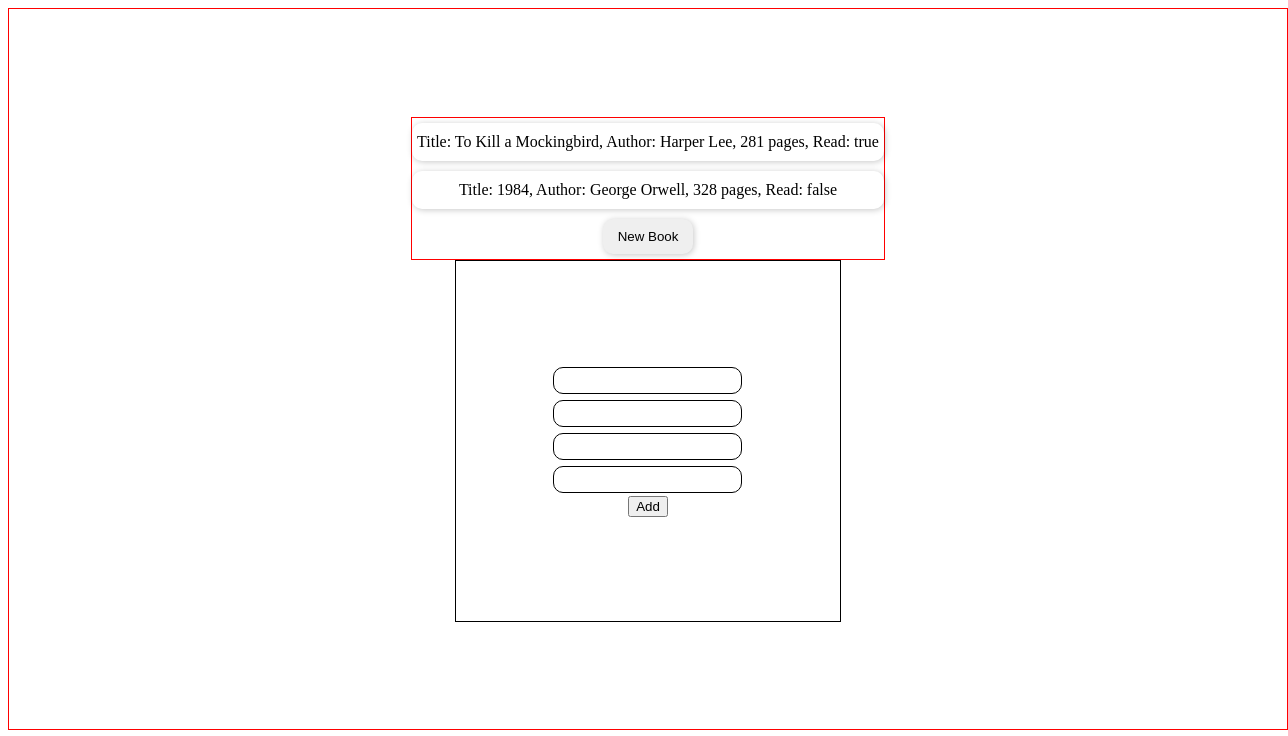
Repository: kocokoy/library
Page: index.html
These files come from the project's save history. The page is drawn as it stood at one moment and after the next save; the edit follows.
The browser window is 1280 px wide. The page is 1288 px wide, so the pictures cover 1288 px, including what lies to the right of the window. The pictures show the whole page.

Above is the page before, as saved 2024-11-06 09:15:38.

### index.html
<!DOCTYPE html>
<html lang="en">
<head>
  <meta charset="UTF-8">
  <meta name="viewport" content="width=device-width, initial-scale=1.0">
  <link rel="stylesheet" href="style.css">
  <title>Document</title>
</head>
<body>
  <div class="container">
    <div class="display-button-card">
      <div class="book-display jsBookDisplay">
      </div>
      <button class="new-book-button jsNewBookButton">New Book</button>
    </div>
    <div class="add-new-book-card">
      <div>
        <input class="jsBookTitle" type="text">
        <input class="jsBookAuthor" type="text">
        <input class="jsBookPages" type="text">
        <input class="jsBookRead" type="text">
        <button class="jsAddBook">Add</button>
      </div>
    </div>
  </div>
<script src="script.js"></script>
</body>
</html>

### style.css
body{
  width: 100%;
  height: 100vh;
}
.container{
  display: flex;
  flex-direction: column;
  justify-content: center;
  align-items: center;
  border: 1px solid red;
  height: 100%;
}
.display-button-card{
  border: 1px solid red;
  display: flex;
  flex-direction: column;
  justify-content: center;
  align-items: center;
}
.book-display{
  display: flex;
  flex-direction: column;
  justify-content: center;
  align-items: center;
}
.book-card{
  box-shadow: 1px 1px 6px  rgba(0, 0, 0, 0.219);
  padding: 10px 0px;
  border-radius: 10px;
  display: flex;
  flex-direction: row;
  justify-content: center;
  align-items: center;
  margin: 5px;
  width: 100%;
}

.new-book-button{

  padding: 10px;
  margin: 5px;
  border-radius: 10px;
  border: none;
  box-shadow: 1px 1px 6px  rgba(0, 0, 0, 0.219);
  width: 19%;
  cursor: pointer;
}

/* add book card */
.add-new-book-card {
  border: 1px solid black;
  height: 50%;
  width: 30%;
  display: flex;
  flex-direction: column;
  align-items: center;
  justify-content: center;
}

.add-new-book-card div{
  display: flex;
  flex-direction: column;
  align-items: center;
  justify-content: center;
}

input{
  padding: 5px;
  margin: 3px;
  border-radius: 10px;
  border: 1px solid black;
}

### script.js
const bookTitleElement = document.querySelector('.jsBookTitle');
const bookAuthorElement = document.querySelector('.jsBookAuthor');
const bookPagesElement = document.querySelector('.jsBookPages');
const bookReadElement = document.querySelector('.jsBookRead');
const bookButtonElement = document.querySelector('.jsNewBookButton');
const bookDisplayElement = document.querySelector('.jsBookDisplay');

const myLibrary = [
  {title: 'To Kill a Mockingbird', author: 'Harper Lee', pages: 281, read: true},
  {title: '1984', author: 'George Orwell', pages: 328, read: false},
];


displayBookToLibrary();

function Book(title,author,pages,read) {
  this.title = title;
  this.author = author;
  this.pages = pages;
  this.read = read;
  this.info = function(){
    const bookObj = {
      title: this.title,
      author: this.author,
      pages: this.pages,
      read: this.read,
    }
    return bookObj;
  };
}

function addBookToLibrary(title,author,pages,read) {
  const book = new Book(title,author,pages,read);
  myLibrary.push(book.info());
}

function displayBookToLibrary(){

  bookDisplayElement.innerHTML = '';

  myLibrary.forEach(book => {
    const div = document.createElement('div');
    div.classList.add('book-card');
    div.innerHTML = `
      <div>Title: ${book.title}, Author: ${book.author}, ${book.pages} pages, Read: ${book.read}</div>
    `
    bookDisplayElement.appendChild(div);
    console.log(book);
  })
}

bookButtonElement.addEventListener('click', () => {
  const bookTitleValue = bookTitleElement.value;
  const bookAuthorValue = bookAuthorElement.value;
  const bookPagesValue = bookPagesElement.value;
  const bookReadValue = bookReadElement.value;
  bookTitleElement.value = '';
  bookAuthorElement.value = '';
  bookPagesElement.value = '';
  bookReadElement.value = '';
  addBookToLibrary(bookTitleValue,bookAuthorValue,bookPagesValue,bookReadValue);
  displayBookToLibrary();
})

After the next save:
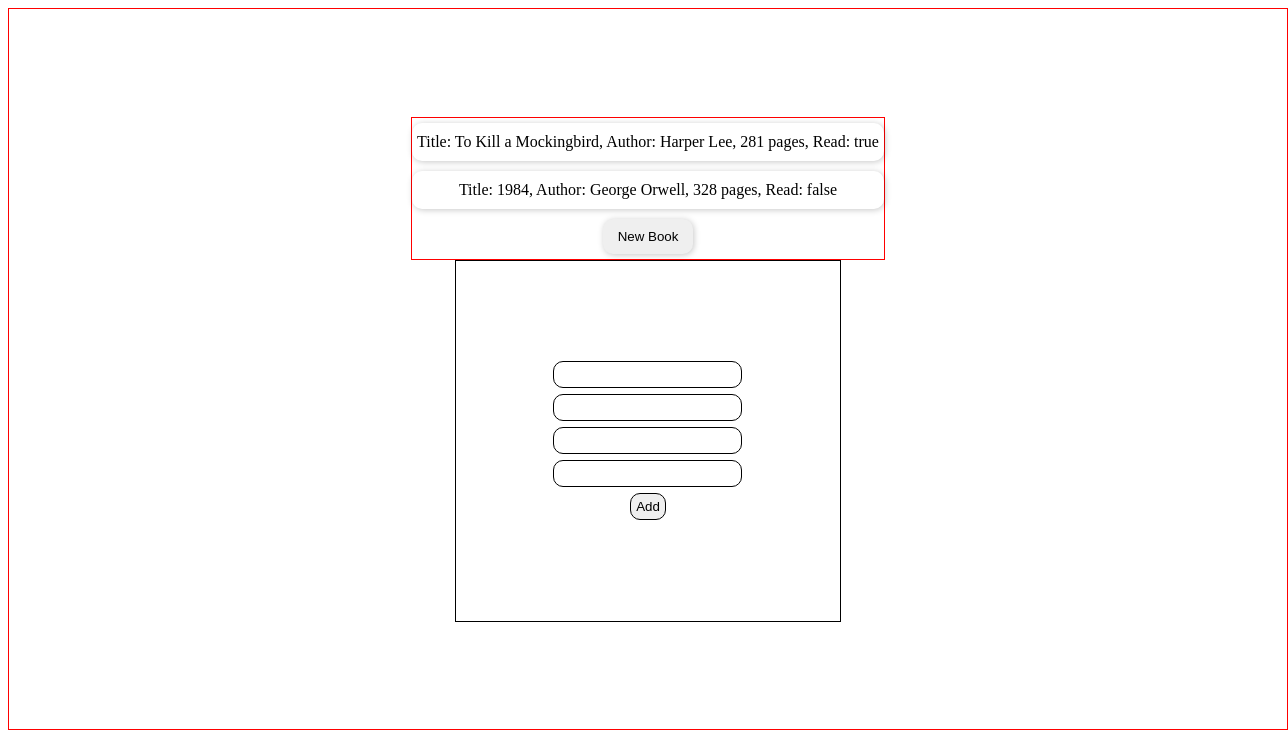
Saved 23 s later.
--- a/style.css
+++ b/style.css
@@ -70,3 +70,10 @@ input{
   border-radius: 10px;
   border: 1px solid black;
 }
+
+button{
+  padding: 5px;
+  margin: 3px;
+  border-radius: 10px;
+  border: 1px solid black;
+}
